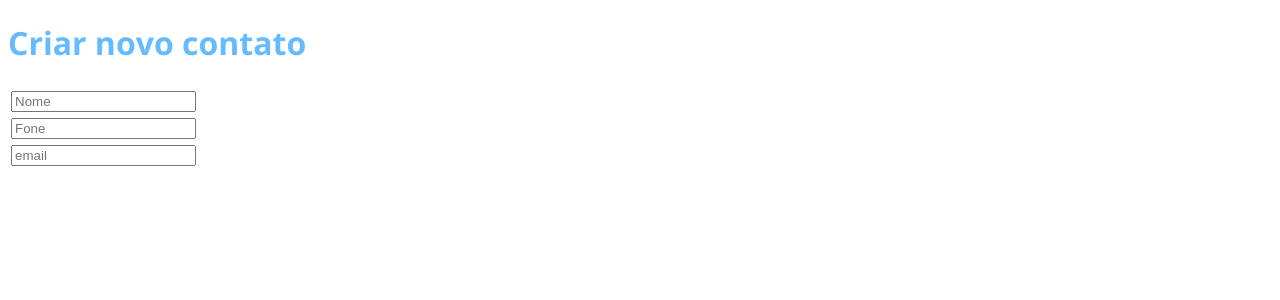
Repository: ricardoalves21/JavaWeb
Page: projeto_agenda/agenda/WebContent/novo.html
These files come from the project's save history. The page is drawn as it stood at one moment and after the next save; the edit follows.
The browser window is 1280 px wide. The pictures show the whole page.

Above is the page before, as saved 2021-06-14 16:11:04.

After the next save:
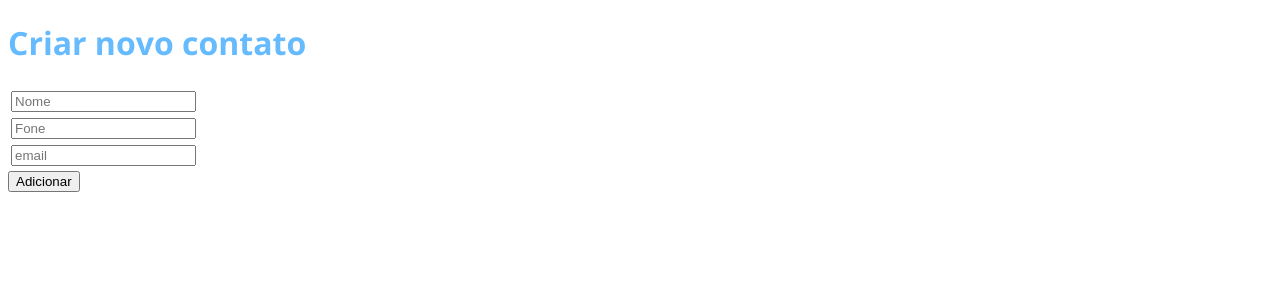
Saved 41 s later.
--- a/projeto_agenda/agenda/WebContent/novo.html
+++ b/projeto_agenda/agenda/WebContent/novo.html
@@ -20,6 +20,7 @@
 				<td><input type="text" name="email" placeholder="email"></td>
 			</tr>
 		</table>
+		<input type="button" value="Adicionar">
 	</form>
 </body>
 </html>
